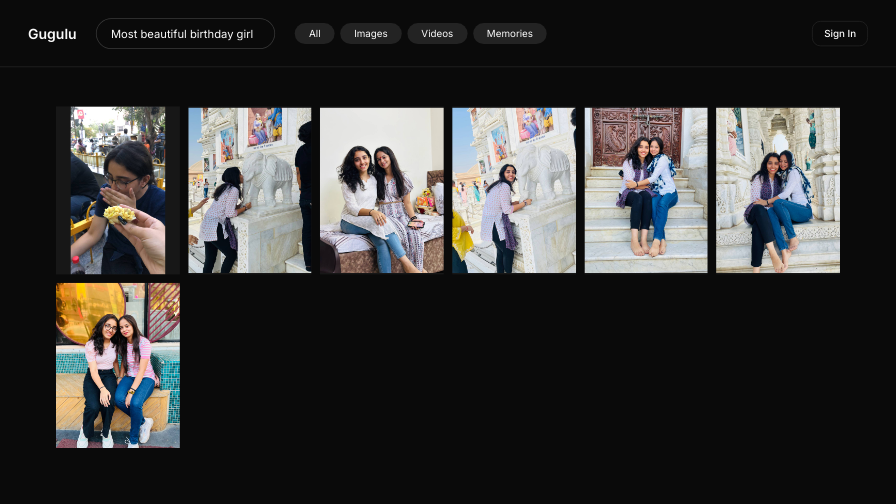
Repository: Harshgoel17/anshfinal
Page: /srishti/images
These files come from the project's save history. The page is drawn as it stood at one moment and after the next save; the edit follows.
The browser window is 1280 px wide. The pictures show the part of the page from y = 0 to 1920 px (the page is 720 px tall before and 3962 px after), at 70% of full size.
The project was rebuilt for these pictures with package versions that can differ from the ones it lists, and the page was loaded fresh each time. The framework's server and built-in components were replaced by stand-ins that run in the browser. Also part of the build but not shown: next.config.js.

Above is the page before, as saved 2023-10-06 16:50:49.

After the next save:
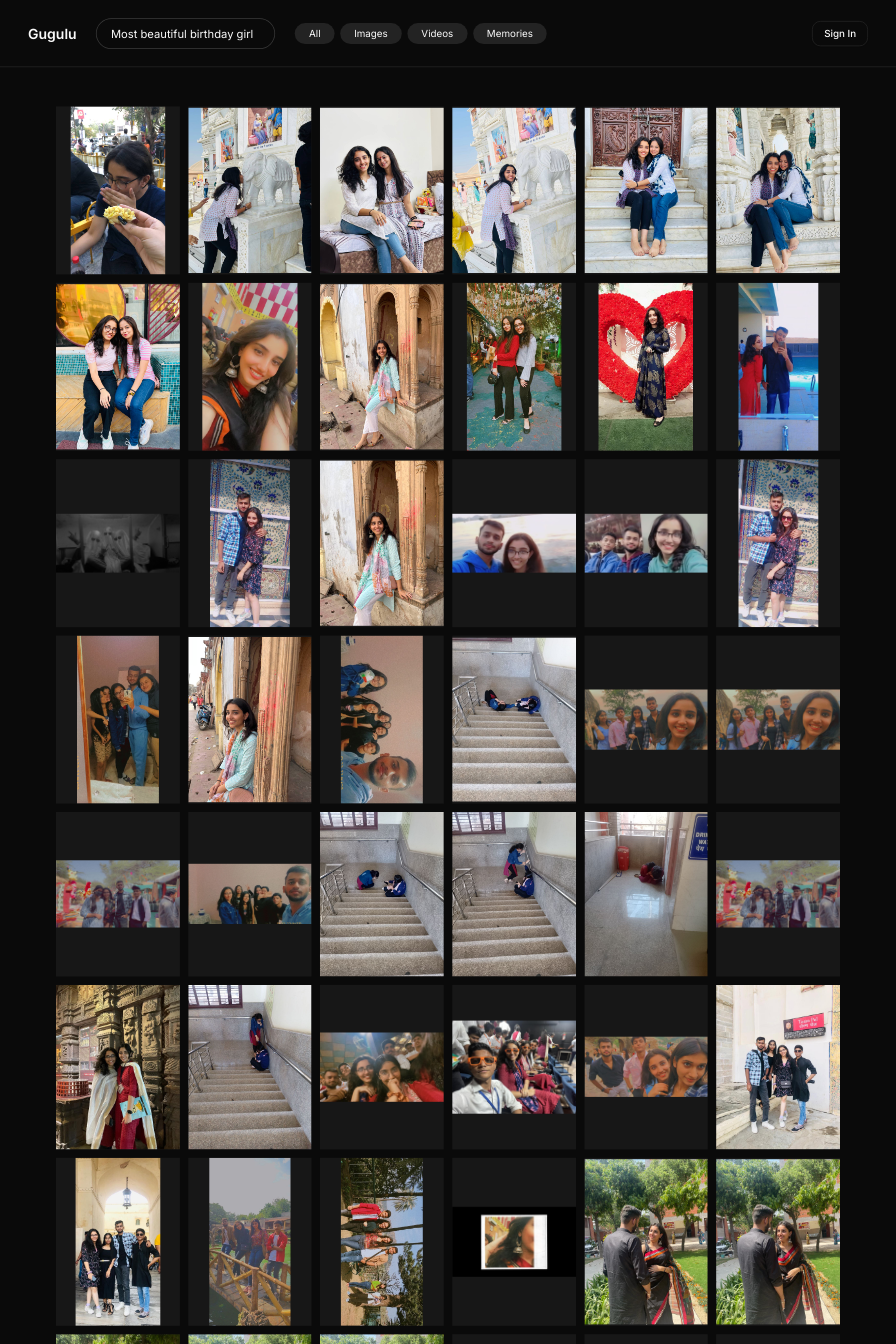
Saved 24 s later.
--- a/app/srishti/images/page.jsx
+++ b/app/srishti/images/page.jsx
@@ -2,15 +2,13 @@ import Navbar from '@/components/Navbar';
 import React from 'react';
 
 const Page = () => {
-  const imageList = [1, 2, 3, 4, 5, 6, 7]; // List of image numbers
+  const imageList = Array.from({ length: 90 }, (_, index) => index + 1); // Generate numbers from 1 to 90
 
   return (
     <div>
       <Navbar />
 
-      <div className='py-14 px-20 grid grid-cols-6 w-full gap-3
-
-      '>
+      <div className='py-14 px-20 grid grid-cols-6 w-full gap-3'>
         {imageList.map((imageNumber) => (
           <span
             key={imageNumber}
